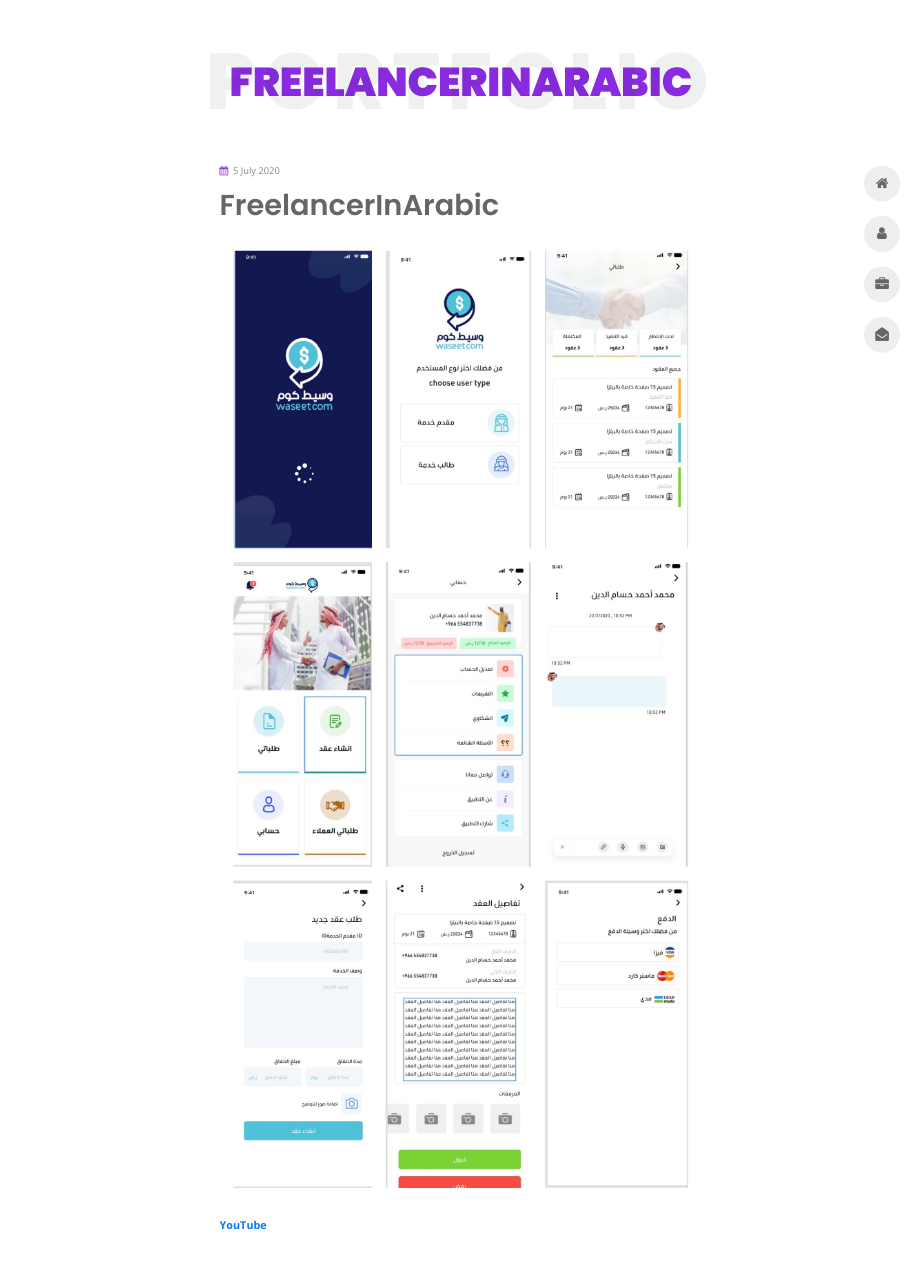
Repository: mhamdimno/mywebsite
Page: projects/freelancerInArabic/index.html
These files come from the project's save history. The page is drawn as it stood at one moment and after the next save; the edit follows.
The browser window is 1280 px wide. The pictures show the whole page, at 72% of full size.

Above is the page before, as saved 2022-02-20 12:56:06.

After the next save:
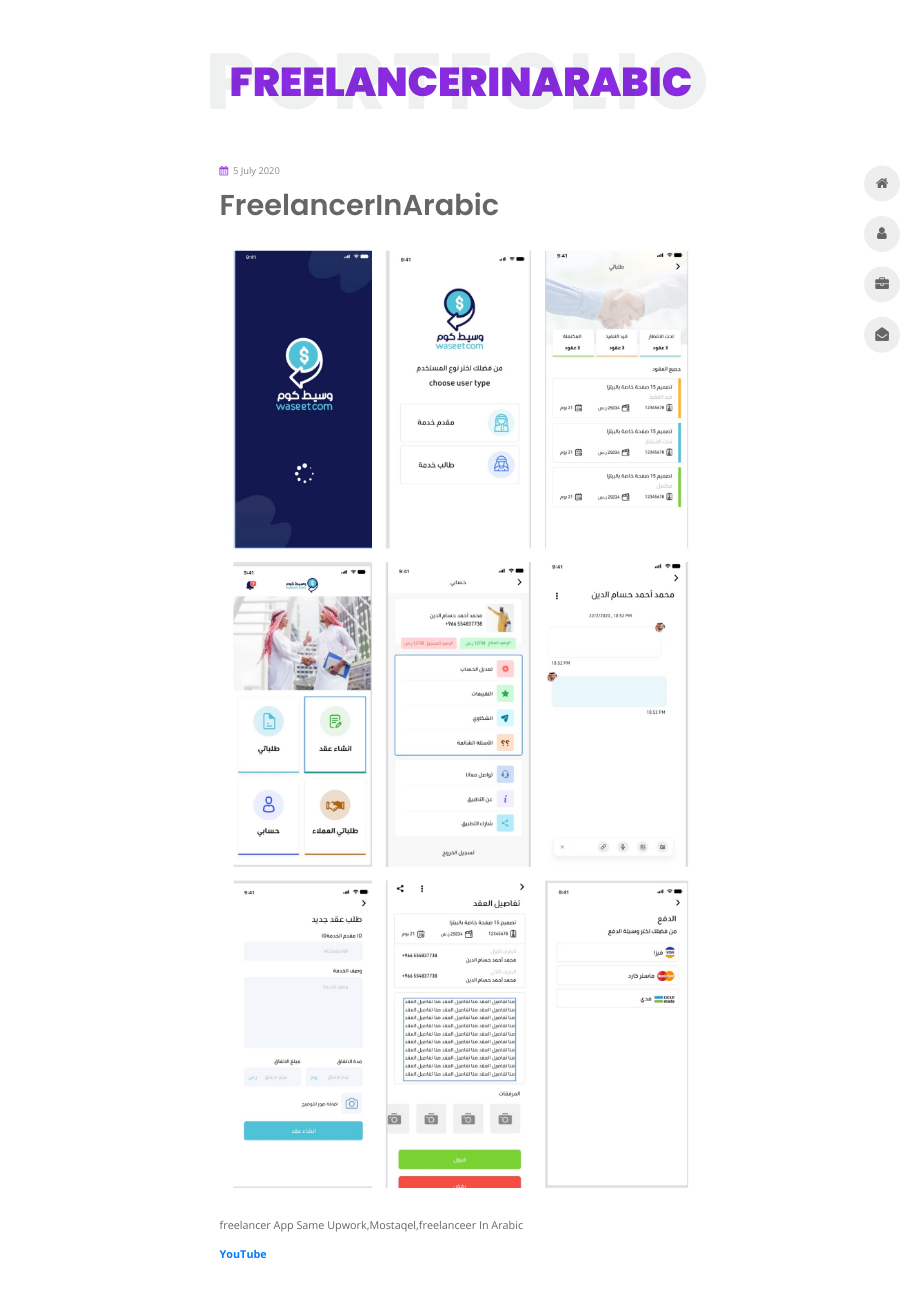
Saved 1 s later.
--- a/projects/freelancerInArabic/index.html
+++ b/projects/freelancerInArabic/index.html
@@ -95,7 +95,14 @@
                 <h1 class="text-uppercase text-capitalize">freelancerInArabic</h1>
                 <img src="../../img/projects/freelancerInArabic.jpg" class="img-fluid" alt="Blog image"/>
                 <div class="blog-excerpt open-sans-font pb-5">
+                    <p>
 
+                        freelancer App Same Upwork,Mostaqel,freelanceer In Arabic
+
+                        <!--<div class="videoWrapper">
+                            <iframe width="560" height="349" src="https://www.youtube.com/watch?v=rwyUKQitc4o&feature=youtu.be" frameborder="0" allowfullscreen></iframe>
+                          </div>-->
+                    </p>
                     <p>
                         <strong><a href="https://youtu.be/0Ui58N1tcp0" target="_blank">YouTube</a></strong>
 
